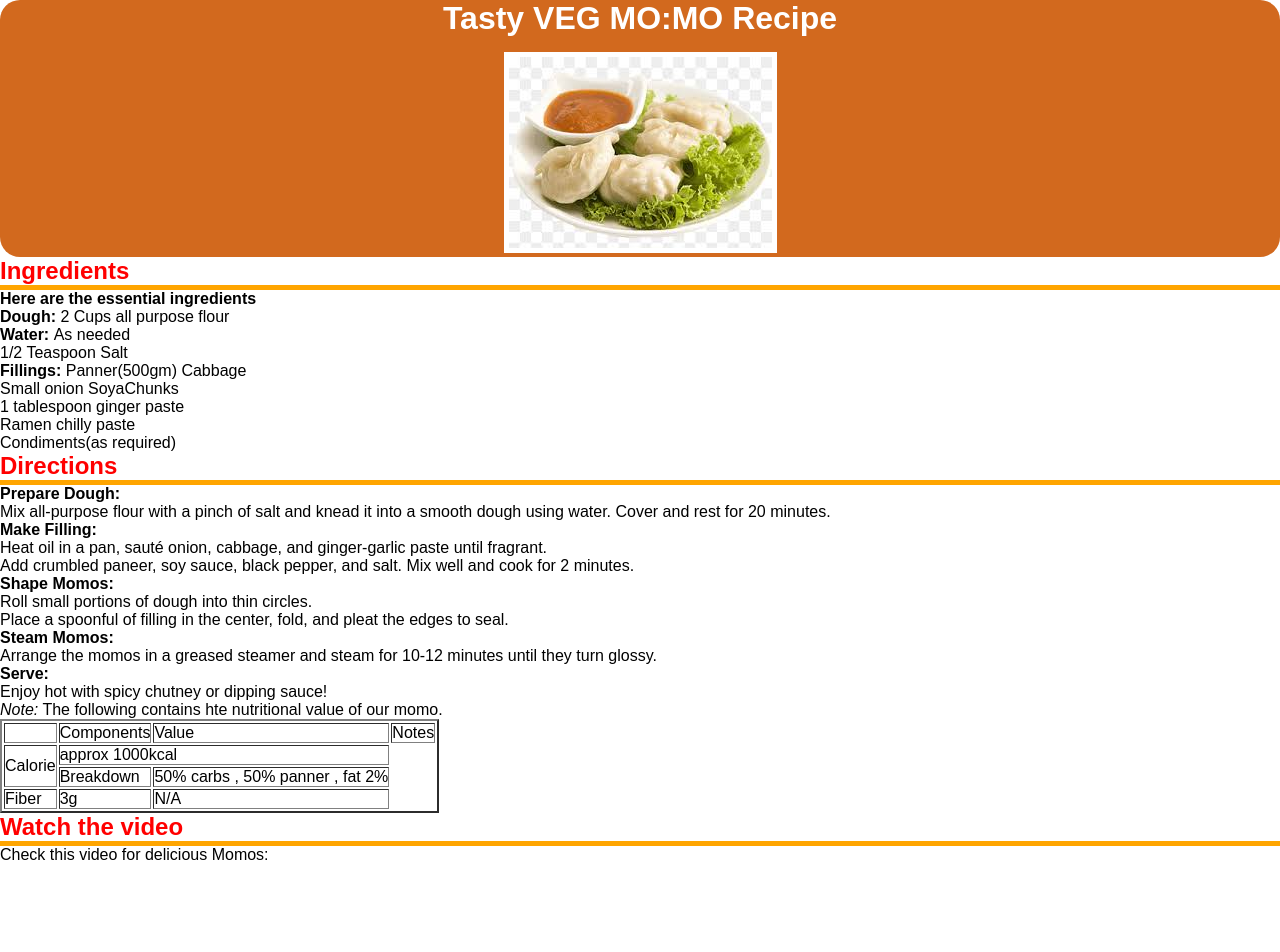
Repository: GigaByte6610/recipe
Page: index.html
The author's editor kept a copy of each file at every save. The page is drawn from the files as they stood at one save, then again after the next save.
The browser window is 1280 px wide. The pictures show the part of the page from y = 0 to 952 px (the page is 1219 px tall before and 1213 px after).
Pictures or frames that could not be fetched are drawn as grey boxes.

Above is the page before, as saved 2025-02-05 04:21:20.

After the next save:
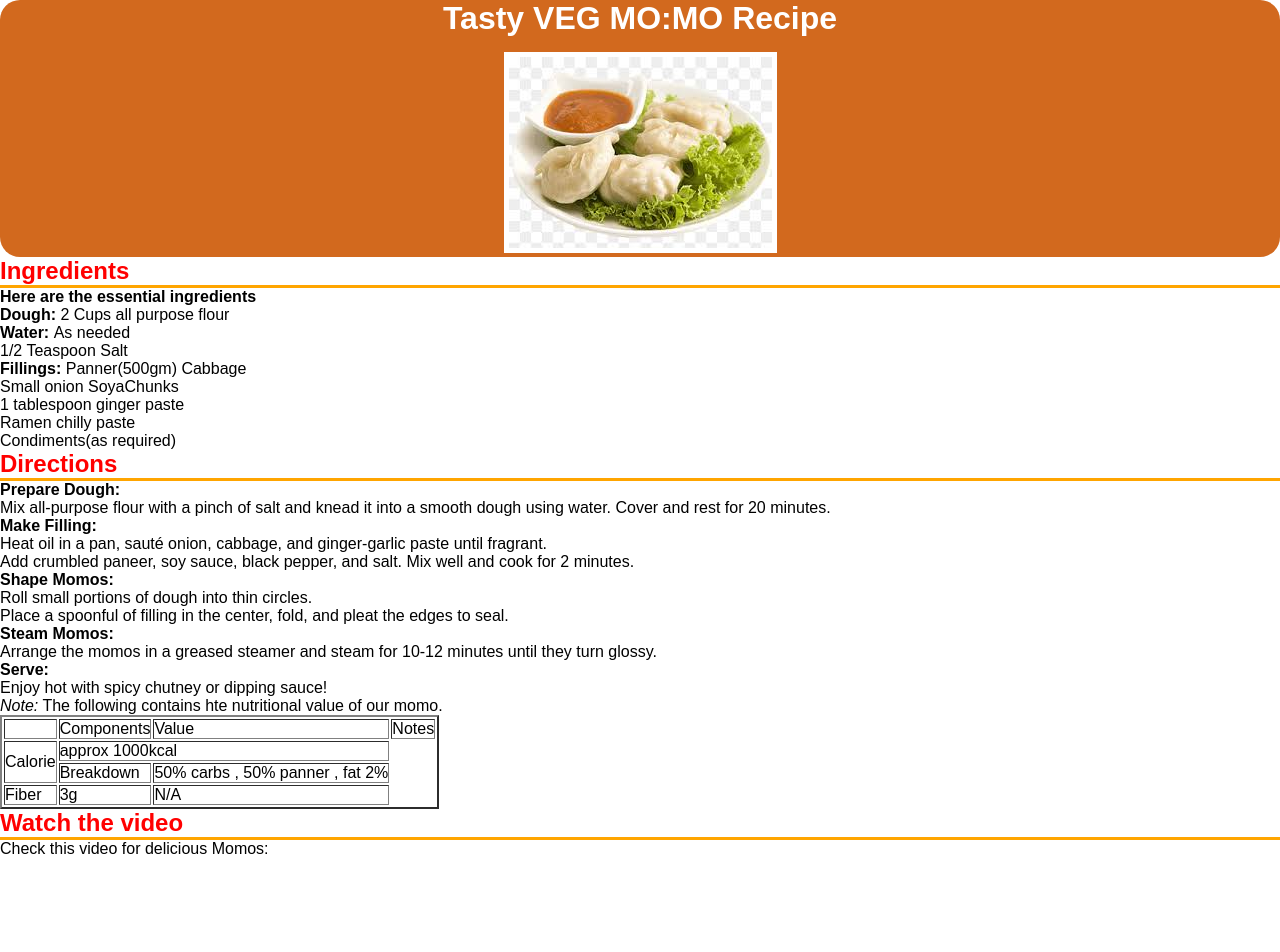
Saved 12 s later.
--- a/style.css
+++ b/style.css
@@ -27,5 +27,5 @@ header img {
 
 section h2 {
     color: red;
-    border-bottom: 5px solid orange;
+    border-bottom: 3px solid orange;
 }
